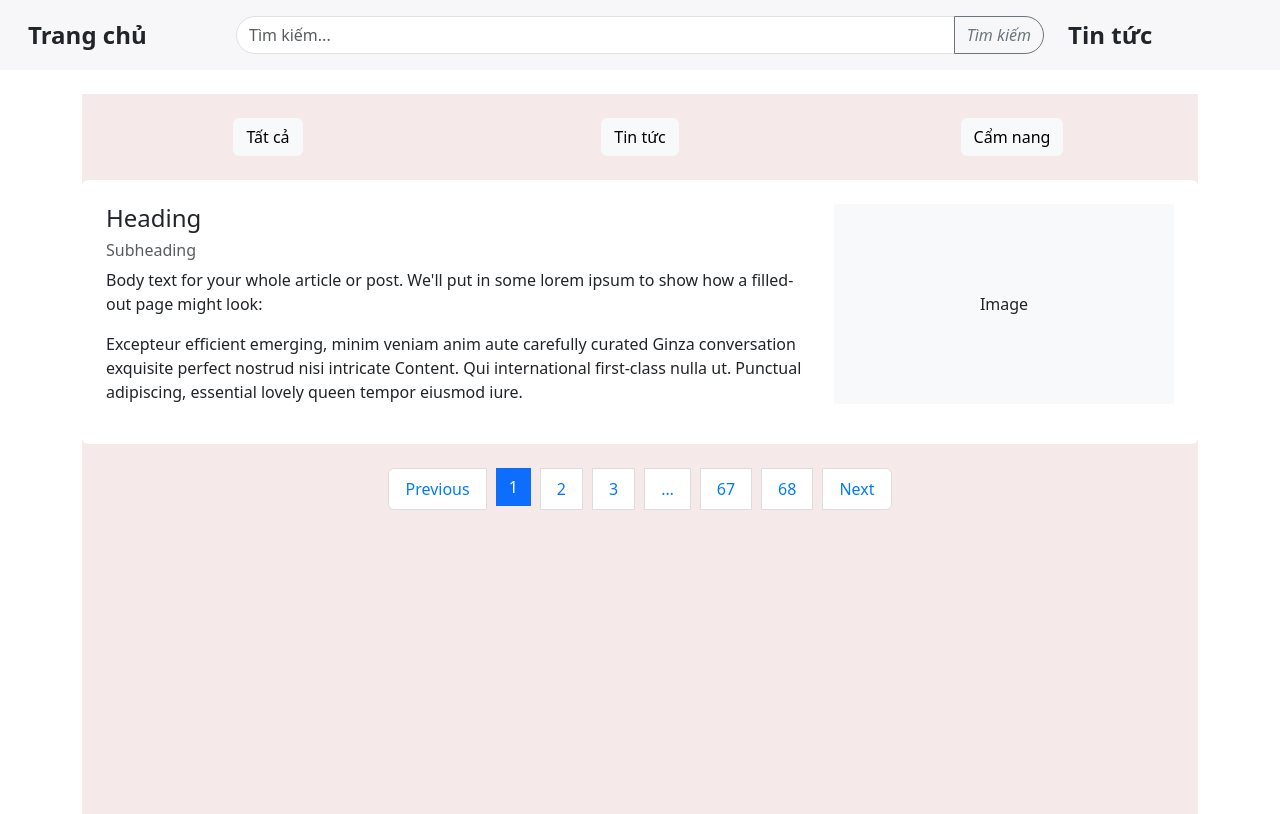
Repository: Minh23122003/qlDuAnPhanMem
Page: /news (app in frontend/)
The author's editor kept a copy of each file at every save. The page is drawn from the files as they stood at one save, then again after a run of saves.
The browser window is 1280 px wide. The pictures show the whole page.
The project was rebuilt for these pictures with package versions that can differ from the ones it lists, and the page was loaded fresh each time. Also part of the build but not shown: frontend/src/components/Home.js, frontend/src/service/WebSocketService.js, frontend/src/components/Notifications.js, frontend/src/layout/Footer.js, frontend/src/configs/Apis.js, frontend/src/components/Relativeparkcard.js, frontend/src/components/Receipt/ReceiptList.css, frontend/src/components/merchandisecabinet.js and 13 more.

Above is the page before, as saved 2024-09-06 16:49:42.

After the next 2 saves:
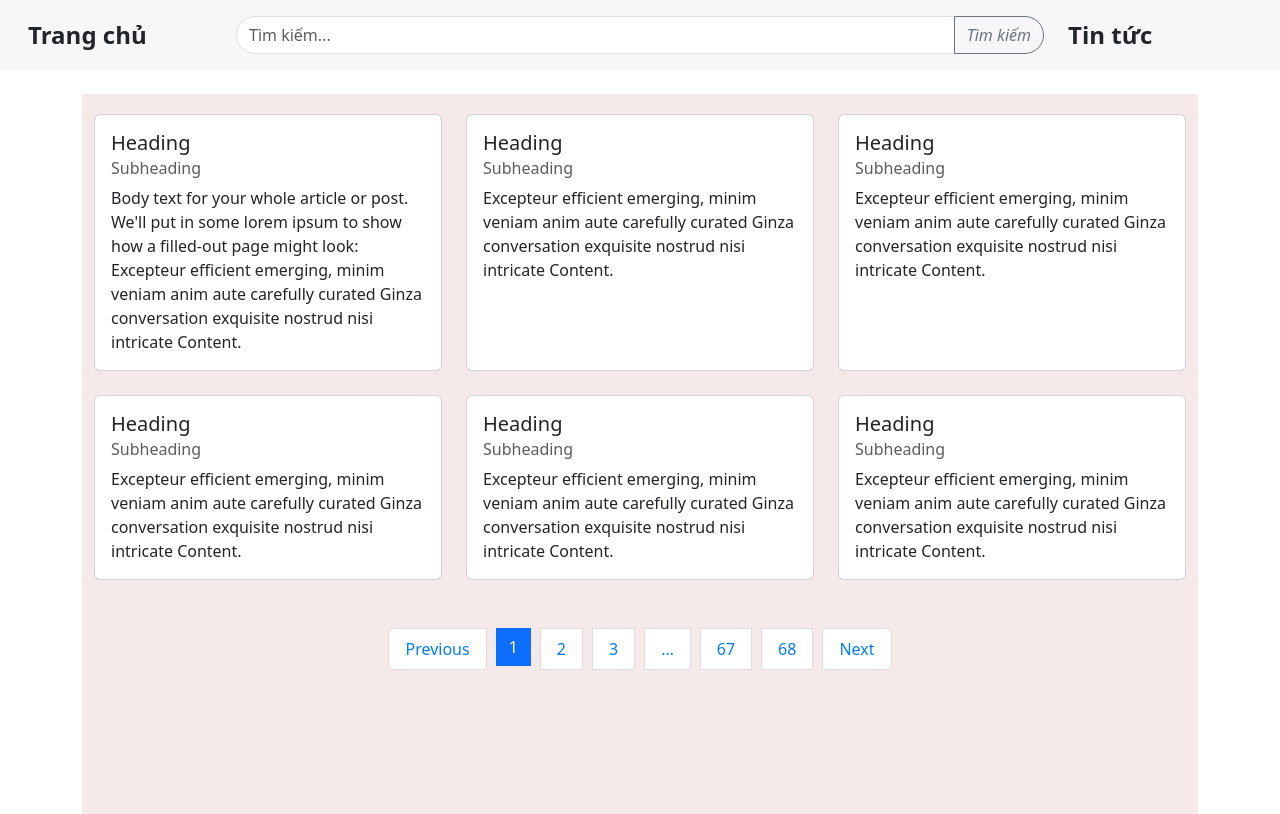
The 2 saves are shown as one change because they came seconds apart.
The last was saved 65 s later.
--- a/frontend/src/components/News.js
+++ b/frontend/src/components/News.js
@@ -1,51 +1,115 @@
 import React from 'react';
-import { Container, Row, Col, Button, Pagination, Dropdown, Form } from 'react-bootstrap';
+import { Container, Row, Col, Card, Button, Pagination } from 'react-bootstrap';
 
 const NewsPage = () => {
     return (
-        <div style={{ backgroundColor: '#f5e9e9', minHeight: '100vh' }}>
-            <Container fluid className="py-4">
-                <Row className="text-center">
-                    <Col>
-                        <Button variant="light">Tất cả</Button>
+        <div style={{ backgroundColor: '#f5e9e9', minHeight: '100vh', paddingTop: '20px' }}>
+            {/* Content Section with Multiple Cards */}
+            <Container>
+                <Row>
+                    {/* First Card */}
+                    <Col md={4} className="mb-4">
+                        <Card className="h-100">
+                            <Card.Body>
+                                <Card.Title>Heading</Card.Title>
+                                <Card.Subtitle className="mb-2 text-muted">
+                                    Subheading
+                                </Card.Subtitle>
+                                <Card.Text>
+                                    Body text for your whole article or post. We'll put in some
+                                    lorem ipsum to show how a filled-out page might look: Excepteur
+                                    efficient emerging, minim veniam anim aute carefully curated
+                                    Ginza conversation exquisite nostrud nisi intricate Content.
+                                </Card.Text>
+                            </Card.Body>
+                        </Card>
                     </Col>
-                    <Col>
-                        <Button variant="light">Tin tức</Button>
+
+                    {/* Second Card */}
+                    <Col md={4} className="mb-4">
+                        <Card className="h-100">
+                            <Card.Body>
+                                <Card.Title>Heading</Card.Title>
+                                <Card.Subtitle className="mb-2 text-muted">
+                                    Subheading
+                                </Card.Subtitle>
+                                <Card.Text>
+                                    Excepteur efficient emerging, minim veniam anim aute carefully
+                                    curated Ginza conversation exquisite nostrud nisi intricate
+                                    Content.
+                                </Card.Text>
+                            </Card.Body>
+                        </Card>
                     </Col>
-                    <Col>
-                        <Button variant="light">Cẩm nang</Button>
+
+                    {/* Third Card */}
+                    <Col md={4} className="mb-4">
+                        <Card className="h-100">
+                            <Card.Body>
+                                <Card.Title>Heading</Card.Title>
+                                <Card.Subtitle className="mb-2 text-muted">
+                                    Subheading
+                                </Card.Subtitle>
+                                <Card.Text>
+                                    Excepteur efficient emerging, minim veniam anim aute carefully
+                                    curated Ginza conversation exquisite nostrud nisi intricate
+                                    Content.
+                                </Card.Text>
+                            </Card.Body>
+                        </Card>
                     </Col>
                 </Row>
-            </Container>
 
-            {/* Content Section */}
-            <Container>
                 <Row>
-                    <Col className="content-box p-4 bg-white rounded">
-                        <Row>
-                            <Col md={8}>
-                                <h4>Heading</h4>
-                                <h6 className="text-muted">Subheading</h6>
-                                <p>
-                                    Body text for your whole article or post. We'll put in some
-                                    lorem ipsum to show how a filled-out page might look:
-                                </p>
-                                <p>
+                    {/* Fourth Card */}
+                    <Col md={4} className="mb-4">
+                        <Card className="h-100">
+                            <Card.Body>
+                                <Card.Title>Heading</Card.Title>
+                                <Card.Subtitle className="mb-2 text-muted">
+                                    Subheading
+                                </Card.Subtitle>
+                                <Card.Text>
                                     Excepteur efficient emerging, minim veniam anim aute carefully
-                                    curated Ginza conversation exquisite perfect nostrud nisi
-                                    intricate Content. Qui international first-class nulla ut.
-                                    Punctual adipiscing, essential lovely queen tempor eiusmod iure.
-                                </p>
-                            </Col>
-                            <Col md={4}>
-                                <div
-                                    className="img-placeholder bg-light d-flex align-items-center justify-content-center"
-                                    style={{ height: '200px' }}
-                                >
-                                    <span>Image</span>
-                                </div>
-                            </Col>
-                        </Row>
+                                    curated Ginza conversation exquisite nostrud nisi intricate
+                                    Content.
+                                </Card.Text>
+                            </Card.Body>
+                        </Card>
+                    </Col>
+
+                    {/* Fifth Card */}
+                    <Col md={4} className="mb-4">
+                        <Card className="h-100">
+                            <Card.Body>
+                                <Card.Title>Heading</Card.Title>
+                                <Card.Subtitle className="mb-2 text-muted">
+                                    Subheading
+                                </Card.Subtitle>
+                                <Card.Text>
+                                    Excepteur efficient emerging, minim veniam anim aute carefully
+                                    curated Ginza conversation exquisite nostrud nisi intricate
+                                    Content.
+                                </Card.Text>
+                            </Card.Body>
+                        </Card>
+                    </Col>
+
+                    {/* Sixth Card */}
+                    <Col md={4} className="mb-4">
+                        <Card className="h-100">
+                            <Card.Body>
+                                <Card.Title>Heading</Card.Title>
+                                <Card.Subtitle className="mb-2 text-muted">
+                                    Subheading
+                                </Card.Subtitle>
+                                <Card.Text>
+                                    Excepteur efficient emerging, minim veniam anim aute carefully
+                                    curated Ginza conversation exquisite nostrud nisi intricate
+                                    Content.
+                                </Card.Text>
+                            </Card.Body>
+                        </Card>
                     </Col>
                 </Row>
 
